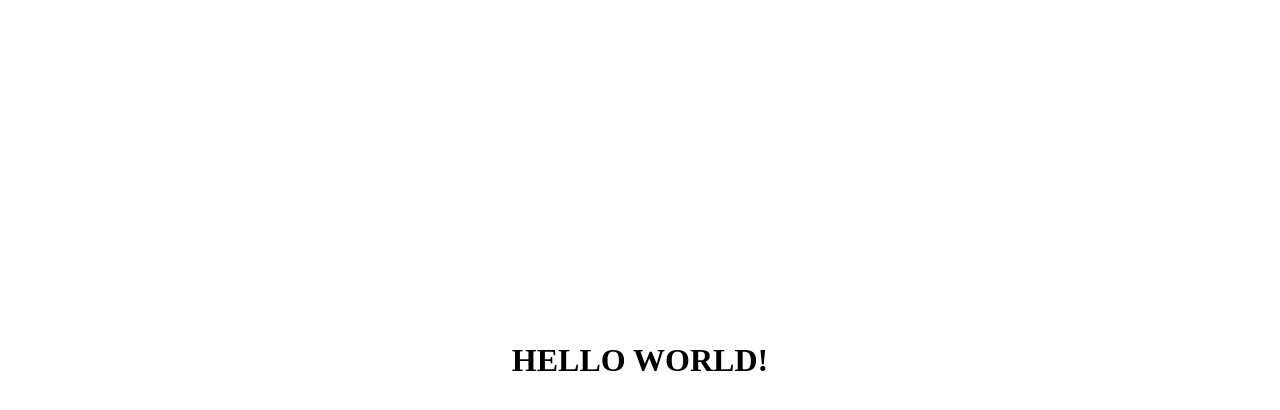
Repository: phong121020/Text-Animation
Page: assets/index.html
The author's editor kept a copy of each file at every save. The page is drawn from the files as they stood at one save, then again after the next save.
The browser window is 1280 px wide. The pictures show the whole page.

Above is the page before, as saved 2022-03-11 18:02:21.

After the next save:
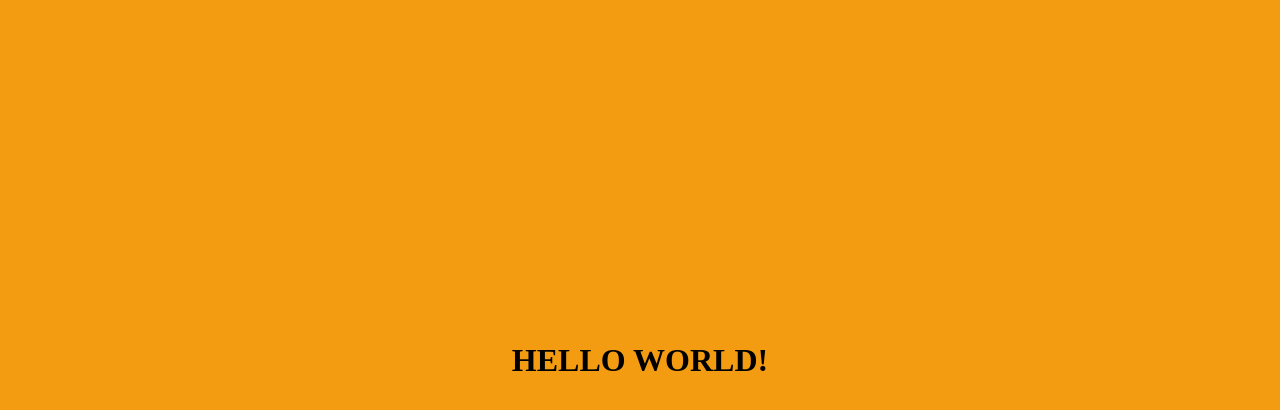
Saved 16 s later.
--- a/assets/style.css
+++ b/assets/style.css
@@ -9,4 +9,5 @@ body {
   display: flex;
   justify-content: center;
   align-items: center;
+  background-color: #f39c12;
 }
